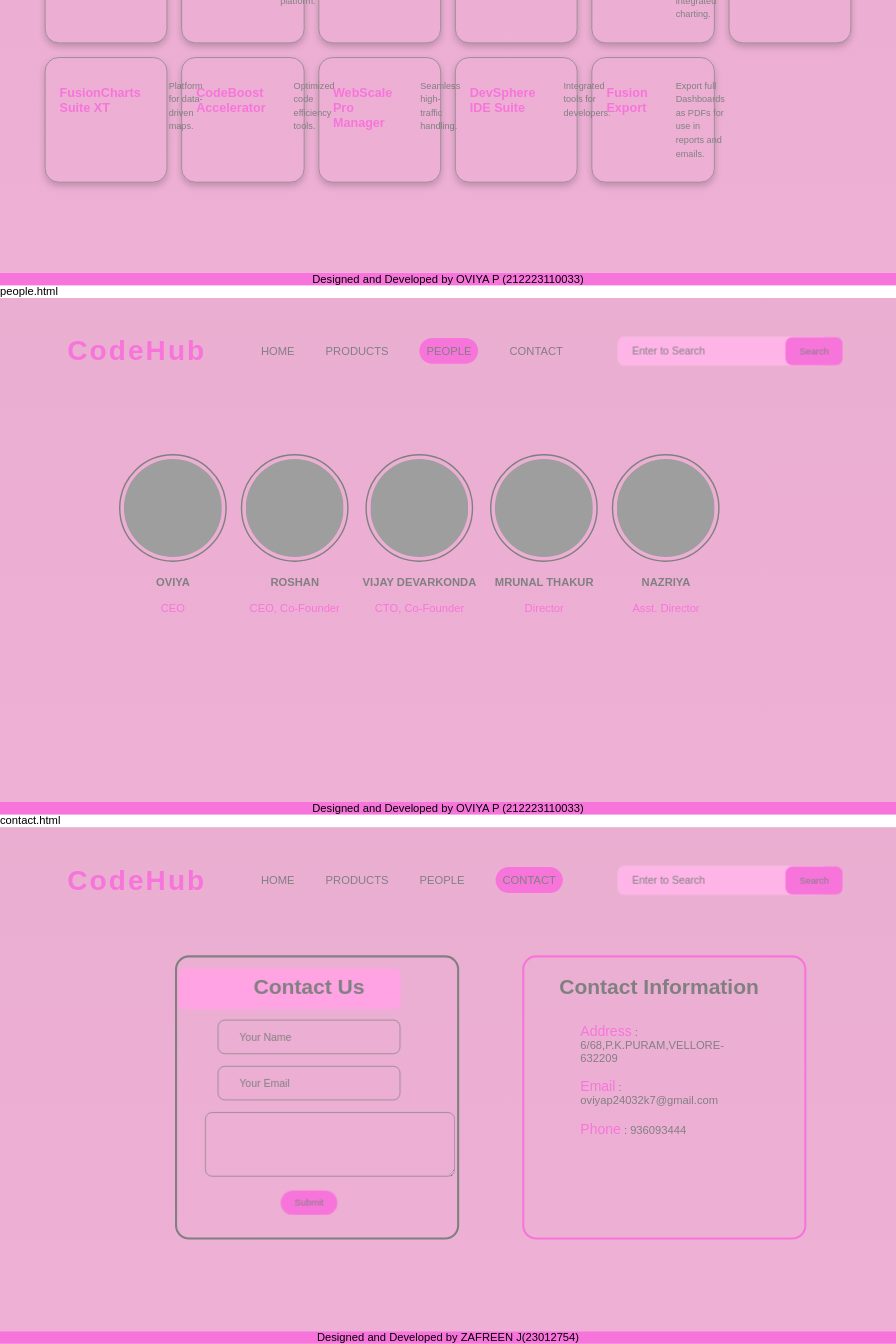
Repository: Oviya24032K6/softweb
Page: oviya/softapp/static/soft.html
An editor plug-in stored every save of this project. The page is shown before and after a run of saves, followed by the edit.
The browser window is 1280 px wide. The pictures show the part of the page from y = 1104 to 3024 px (the page is 3024 px tall), at 70% of full size.
Pictures or frames that could not be fetched are drawn as grey boxes.

Above is the page before, as saved 2024-04-16 13:20:46.

After the next 3 saves:
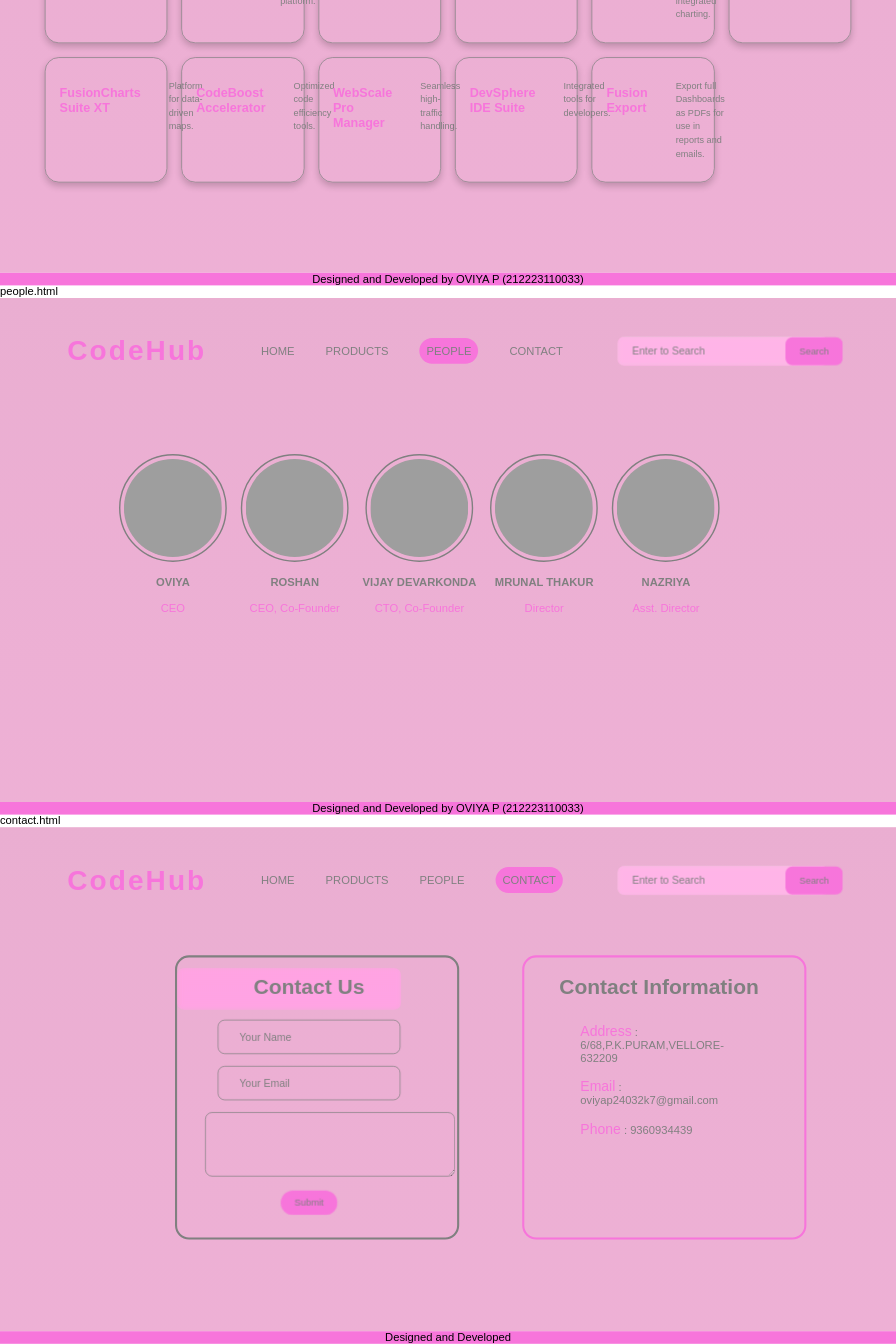
The 3 saves are shown as one change because they came seconds apart.
The last was saved 10 s later.
--- a/oviya/softapp/static/soft.html
+++ b/oviya/softapp/static/soft.html
@@ -778,12 +778,12 @@ contact.html
                 <h2> Contact Information </h2>
                 <p> <span>Address</span> : 6/68,P.K.PURAM,VELLORE-632209 </p>
                 <p> <span>Email</span> : oviyap24032k7@gmail.com </p>
-                <p> <span>Phone</span> : 936093444 </p>
+                <p> <span>Phone</span> : 9360934439 </p>
             </div>
         </div>
     </div>
     <footer>
-        <center> Designed and Developed by ZAFREEN J(23012754) </center>
+        <center> Designed and Developed  </center>
     </footer>
 </body>
 </html>
